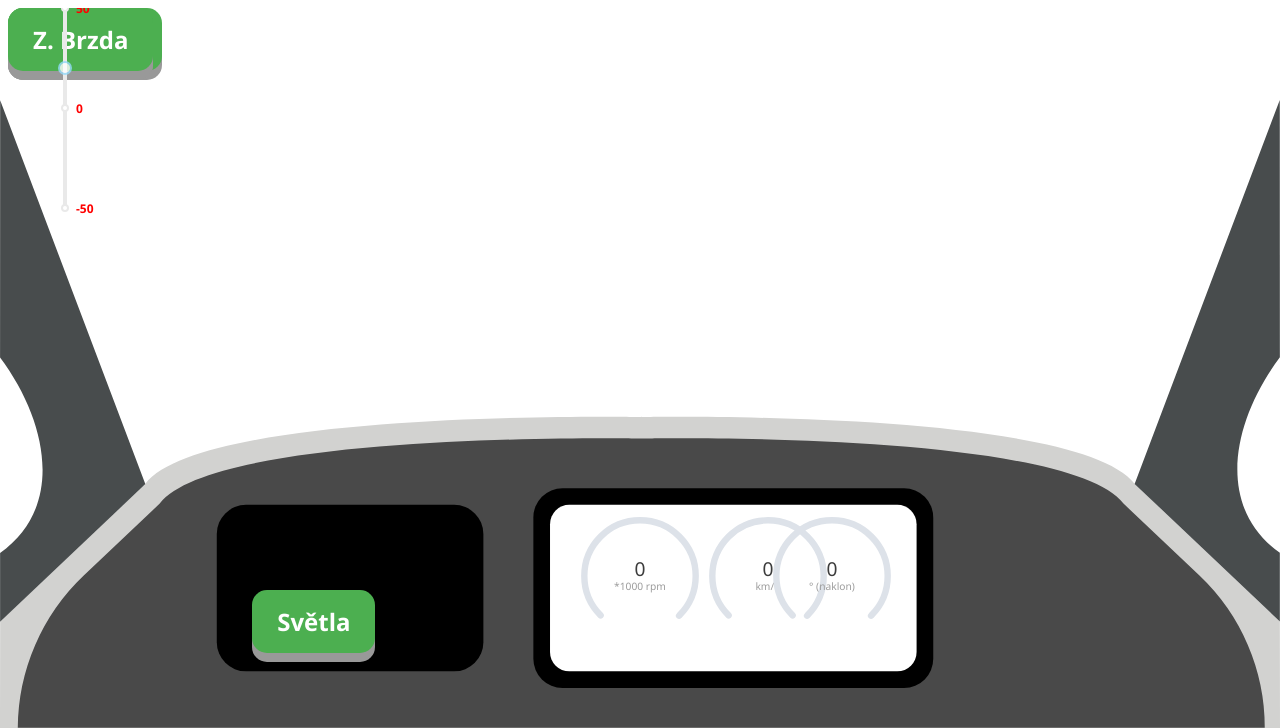
Repository: matyasvelc/train
Page: / (app in frontend/)
These files come from the project's save history. The page is drawn as it stood at one moment and after the next save; the edit follows.
The browser window is 1280 px wide. The page is 1288 px wide, so the pictures cover 1288 px, including what lies to the right of the window. The pictures show the whole page.
The page's requests for data from a server got no answer. The project was rebuilt for these pictures with package versions that can differ from the ones it lists, and the page was loaded fresh each time. No one was signed in, and anything a server would have sent is missing.

Above is the page before, as saved 2022-04-04 17:54:07.

After the next save:
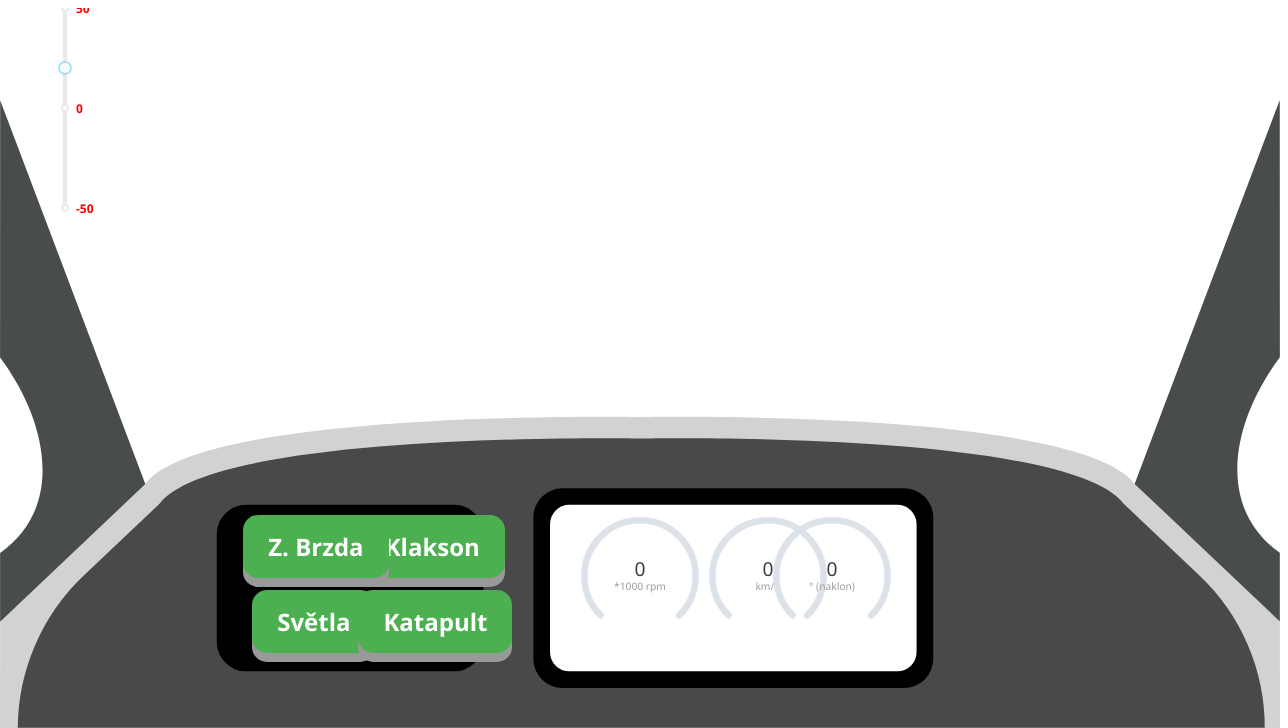
Saved 17 s later.
--- a/frontend/src/index.js
+++ b/frontend/src/index.js
@@ -138,9 +138,9 @@ function App() {
         </div>
         <input id='svetla' class="svetla" onClick={Svetlo} checked={svetlo} type='checkbox'></input>
         <label class="button a" htmlFor='svetla'>Světla</label>
-        <button class="button">Katapult</button>
-        <button class="button">Klakson</button>
-        <button class="button">Z. Brzda</button>
+        <button class="button b">Katapult</button>
+        <button class="button c">Klakson</button>
+        <button class="button d">Z. Brzda</button>
         <div style={parentStyle}>
           <div style={style}>
             <Slider vertical min={-50} max={50} step={2} marks={marks} included={false} onAfterChange={Rychlost} defaultValue={20}/>
